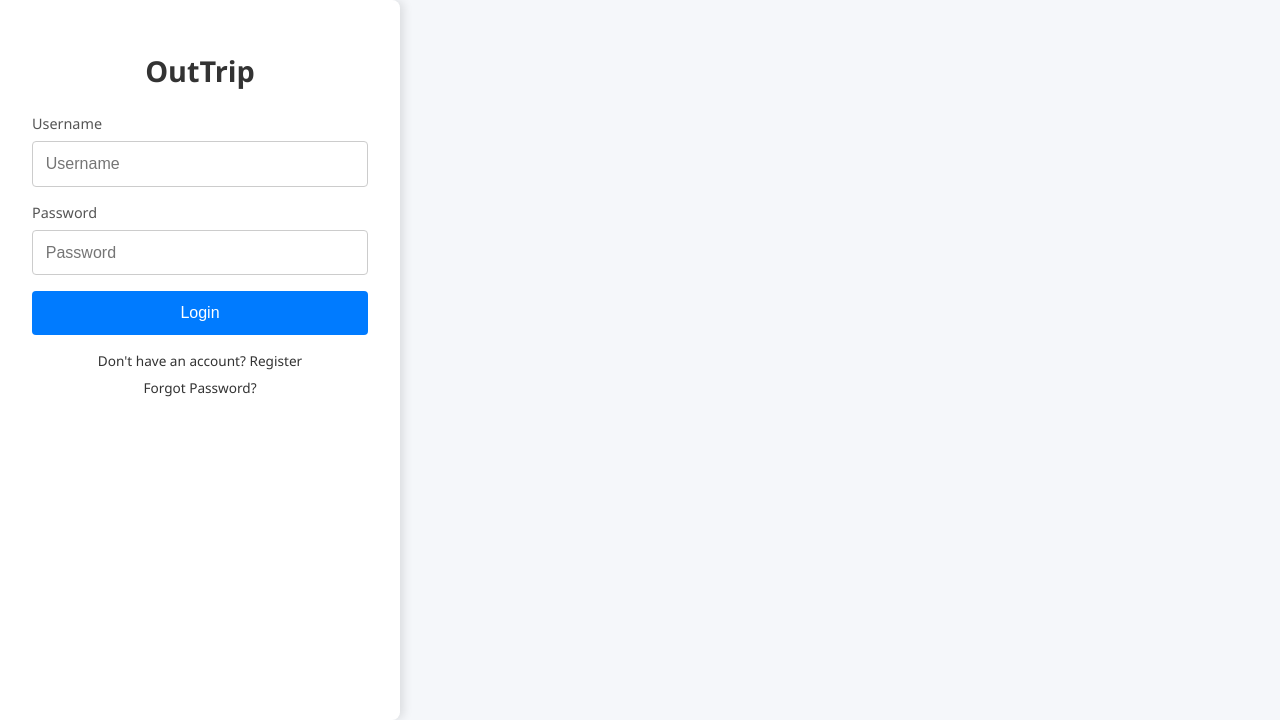
Repository: Nuttawut-Amattong/outtrip
Page: / (app in OutTrip/)
An editor plug-in stored every save of this project. The page is shown before and after the next save, followed by the edit.
The browser window is 1280 px wide. The pictures show the whole page.
The project was rebuilt for these pictures with package versions that can differ from the ones it lists, and the page was loaded fresh each time. Also part of the build but not shown: OutTrip/vite.config.js, OutTrip/src/pages/Register.jsx, OutTrip/src/pages/Forgetpass.jsx.

Above is the page before, as saved 2025-05-19 00:46:44.

### OutTrip/src/main.jsx
import { StrictMode } from 'react';
import { createRoot } from 'react-dom/client';
import { BrowserRouter, Routes, Route } from 'react-router-dom';
import Login from './pages/Login.jsx';
import Register from './pages/Register.jsx';
import Forgetpass from './pages/Forgetpass.jsx';

createRoot(document.getElementById('root')).render(
  <StrictMode>
    <BrowserRouter>
      <Routes>
        <Route path="/" element={<Login />} />
        <Route path="/register" element={<Register />} />
        <Route path="/forgot-password" element={<Forgetpass />} />
      </Routes>
    </BrowserRouter>
  </StrictMode>
);

### OutTrip/src/pages/Login.jsx
import { useState } from "react";
import '../CSS/login.css';

function Login() {
    const [user, setUser] = useState("");
    const [password, setPassword] = useState("");

    const handleSubmit = (e) => {
        e.preventDefault();
        console.log("User:", user);
        console.log("Password:", password);
    };

    return (
        <div className="login-container">
            <h1>OutTrip</h1>
            <form onSubmit={handleSubmit}>
                <label htmlFor="user">Username</label>
                <input
                    type="text"
                    id="user"
                    value={user}
                    onChange={(e) => setUser(e.target.value)}
                    placeholder="Username"
                    required
                />
                <label htmlFor="password">Password</label>
                <input
                    type="password"
                    id="password"
                    value={password}
                    onChange={(e) => setPassword(e.target.value)}
                    placeholder="Password"
                    required
                />
                <button type="submit">Login</button>
                <div className="login-links">
                    <div className="register-link">
                        Don't have an account? <a href="/register">Register</a>
                    </div>
                    <div className="forgot-password-link">
                        <a href="/forgot-password">Forgot Password?</a>
                    </div>
                </div>
            </form>
        </div>
    );
}

export default Login;

### OutTrip/src/CSS/login.css
body {
    font-family: Arial, sans-serif;
    margin: 0;
    padding: 0;
    background-color: #f4f4f9;
    display: block;
}

.login-container {
    background-color: #ffffff;
    padding: 2rem;
    border-radius: 0 8px 8px 0;
    box-shadow: 4px 0 10px rgba(0, 0, 0, 0.1);
    width: 100%;
    max-width: 400px;
    height: 100vh;
    box-sizing: border-box;
    position: fixed;
    left: 0;
    top: 0;
}

.login-container h1 {
    font-size: 1.8rem;
    margin-bottom: 1.5rem;
    color: #333333;
    text-align: center;
}

.login-container form {
    display: flex;
    flex-direction: column;
}

.login-container label {
    font-size: 0.9rem;
    margin-bottom: 0.5rem;
    color: #555555;
}

.login-container input[type="text"],
.login-container input[type="user"],
.login-container input[type="password"] {
    padding: 0.8rem;
    margin-bottom: 1rem;
    border: 1px solid #cccccc;
    border-radius: 4px;
    font-size: 1rem;
}

.login-container input[type="text"]:focus,
.login-container input[type="userl"]:focus,
.login-container input[type="password"]:focus {
    border-color: #007bff;
    outline: none;
}

.login-container button {
    padding: 0.8rem;
    background-color: #007bff;
    color: #ffffff;
    border: none;
    border-radius: 4px;
    font-size: 1rem;
    cursor: pointer;
    transition: background-color 0.3s ease;
}

.login-container button:hover {
    background-color: #0056b3;
}

.login-container .forgot-password {
    margin-top: 1rem;
    text-align: center;
}

.login-container .forgot-password a {
    color: #007bff;
    text-decoration: none;
    font-size: 0.9rem;
}

.login-container .forgot-password a:hover {
    text-decoration: underline;
}

.login-links {
    margin-top: 1rem;
    text-align: center;
    font-size: 0.85rem;
    color: #333333;
    display: flex;
    flex-direction: column;
    gap: 0.5rem;
}

.login-links a {
    color: inherit;
    text-decoration: none;
    cursor: pointer;
}

.login-links a:hover {
    text-decoration: underline;
}

### OutTrip/src/CSS/register.css
body {
    font-family: Arial, sans-serif;
    margin: 0;
    padding: 0;
    background-color: #f4f4f9;
    display: flex;
    justify-content: center;
    align-items: center;
    height: 100vh;
}

.register-container {
    background-color: #ffffff;
    padding: 2rem;
    border-radius: 8px;
    box-shadow: 0 4px 6px rgba(0, 0, 0, 0.1);
    width: 100%;
    max-width: 400px;
}

.register-container h2 {
    font-size: 1.8rem;
    margin-bottom: 1.5rem;
    color: #333333;
    text-align: center;
}

.register-container form {
    display: flex;
    flex-direction: column;
}

.register-container label {
    font-size: 0.9rem;
    margin-bottom: 0.3rem;
    color: #555555;
    display: block;
}

.register-container input[type="text"],
.register-container input[type="email"],
.register-container input[type="password"] {
    padding: 0.8rem;
    margin-bottom: 1rem;
    border: 1px solid #cccccc;
    border-radius: 4px;
    font-size: 1rem;
    display: block;
    width: 100%;
}
.register-container input[type="text"]:focus,
.register-container input[type="email"]:focus,
.register-container input[type="password"]:focus {
    border-color: #007bff;
    outline: none;
}

.register-container button {
    padding: 0.8rem;
    background-color: #007bff;
    color: #ffffff;
    border: none;
    border-radius: 4px;
    font-size: 1rem;
    cursor: pointer;
    transition: background-color 0.3s ease;
}

.register-container button:hover {
    background-color: #0056b3;
}

.register-container p {
    margin-top: -0.5rem;
    margin-bottom: 1rem;
    font-size: 0.9rem;
}

### OutTrip/src/CSS/forgetpass.css
body {
    background: #f5f7fa;
    font-family: 'Segoe UI', Arial, sans-serif;
    margin: 0;
    padding: 0;
}

.forgetpass-container {
    width: 320px;
    margin: 80px auto;
    background: #fff;
    border-radius: 8px;
    box-shadow: 0 4px 20px rgba(0, 0, 0, 0.05);
    padding: 30px 24px;
    display: flex;
    flex-direction: column;
    align-items: center;
}

.forgetpass-title {
    font-size: 1.5rem;
    font-weight: 600;
    color: #333;
    margin-bottom: 20px;
}

.forgetpass-form {
    width: 100%;
    display: flex;
    flex-direction: column;
}

.forgetpass-label {
    font-size: 0.9rem;
    color: #444;
    margin-bottom: 6px;
}

.forgetpass-input {
    padding: 10px;
    font-size: 1rem;
    border: 1px solid #ccc;
    border-radius: 5px;
    margin-bottom: 16px;
    outline: none;
    transition: border 0.2s;
}

.forgetpass-input:focus {
    border-color: #999;
}

.forgetpass-btn {
    background-color: #333;
    color: #fff;
    font-size: 1rem;
    font-weight: 500;
    border: none;
    border-radius: 5px;
    padding: 10px 0;
    cursor: pointer;
    transition: background-color 0.2s;
}

.forgetpass-btn:hover {
    background-color: #222;
}

.forgetpass-link {
    margin-top: 14px;
    font-size: 0.85rem;
    color: #666;
    text-align: center;
    text-decoration: none;
}

.forgetpass-link:hover {
    text-decoration: underline;
}

Loaded but not shown: OutTrip/index.html (common file)

After the next save:
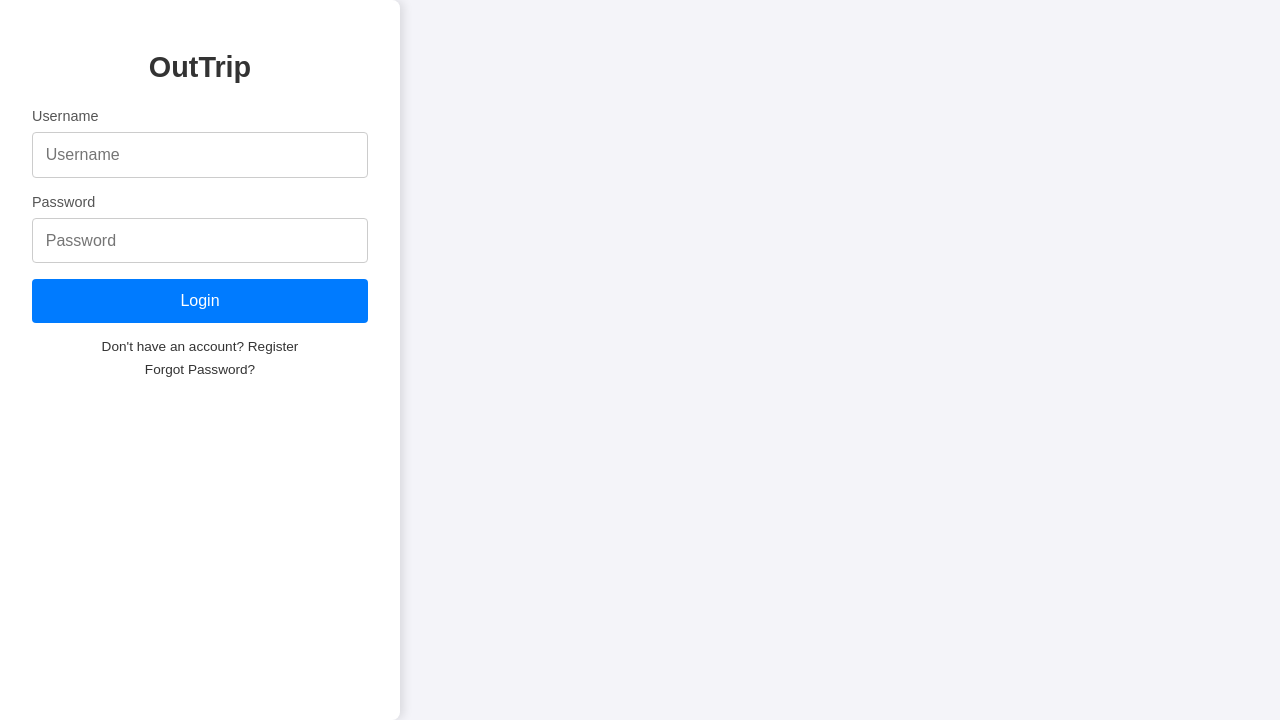
Saved 12 s later.
--- a/OutTrip/src/CSS/forgetpass.css
+++ b/OutTrip/src/CSS/forgetpass.css
@@ -1,9 +1,11 @@
 body {
-    background: #f5f7fa;
-    font-family: 'Segoe UI', Arial, sans-serif;
+    font-family: Arial, sans-serif;
     margin: 0;
     padding: 0;
+    background-color: #f4f4f9;
+    display: block;
 }
+
 
 .forgetpass-container {
     width: 320px;
